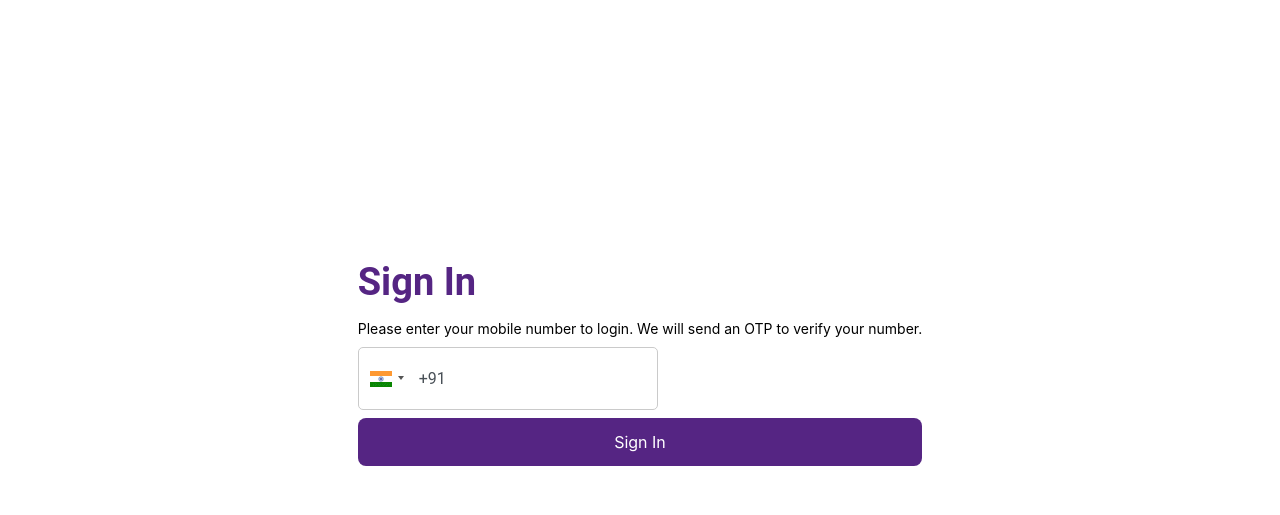
Repository: jayaprakash27/helloar-task
Page: /
An editor plug-in stored every save of this project. The page is shown before and after the next save, followed by the edit.
The browser window is 1280 px wide. The pictures show the whole page.
The project was rebuilt for these pictures with package versions that can differ from the ones it lists, and the page was loaded fresh each time.

Above is the page before, as saved 2023-10-26 23:48:54.

### src/App.js
import { Login } from "./components";

function App() {
  return (
    <>
    <Login />
    </>
  );
}

export default App;

### src/components/Login.jsx
import React, { useState } from "react";
import "./login.css";
import PhoneInput from "react-phone-input-2";
import "react-phone-input-2/lib/bootstrap.css";

function Login() {
  const [phoneNumber, setPhoneNumber] = useState("");

  const handleLogin = () => {
    const apiEndpoint = "https://dev.api.goongoonalo.com/v1/auth/login";
    const requestBody = {
      phoneNumber: "+"+phoneNumber,
    };

    fetch(apiEndpoint, {
      method: "POST",
      headers: {
        "Content-Type": "application/json",
      },
      body: JSON.stringify(requestBody),
    })
      .then((response) => {
        if (response.ok) {
          return response.json();
        } else {
          // Handle API errors here
          throw new Error("Failed to send OTP");
        }
      })
      .then((data) => {
        // Handle the API response data
        console.log("OTP sent successfully:", data);

        // You can add code here to navigate to the OTP verification page or perform the next step as needed.
      })
      .catch((error) => {
        // Handle any error that occurred during the API request
        console.error("Error sending OTP:", error);
      });
  };

  return (
    <div className="login-page">
      <div className=" login-box flex flex-col w-76 gap-2">
        <h1 className=" text-primary-color font-semibold"> Sign In</h1>
        <p className=" text-sm">
          Please enter your mobile number to login. We will send an OTP to
          verify your number.
        </p>
        <PhoneInput
          country={"in"}
          enableSearch={true}
          value={phoneNumber}
          containerClass=" w-full"
          onChange={(phoneNumber) => setPhoneNumber(phoneNumber)}
        />
        <button onClick={handleLogin} className=" w-full rounded-lg p-3 hover:bg-purple-600  bg-primary-color text-white"> Sign In </button>
      </div>
    </div>
  );
}

export default Login;

### src/components/login.css
.login-page{
    background-color: white;
    width: 100vw;
    height: 100vh;
    display: flex;
    justify-content: center;
    align-items: center;
}
.login-box h1 {
  font-family: Roboto;
  font-size: 38px;
}

### tailwind.config.js
/** @type {import('tailwindcss').Config} */
module.exports = {
  content: [
    "./src/**/*.{js,jsx,ts,tsx}",
  ],
  theme: {
    extend: {
      colors: {
        "primary-color": "#552583",
      }
    },
  },
  plugins: [],
}

Loaded but not shown: public/index.html (common file); src/index.js (common file); src/index.css (common file); src/components/index.js (common file)

After the next save:
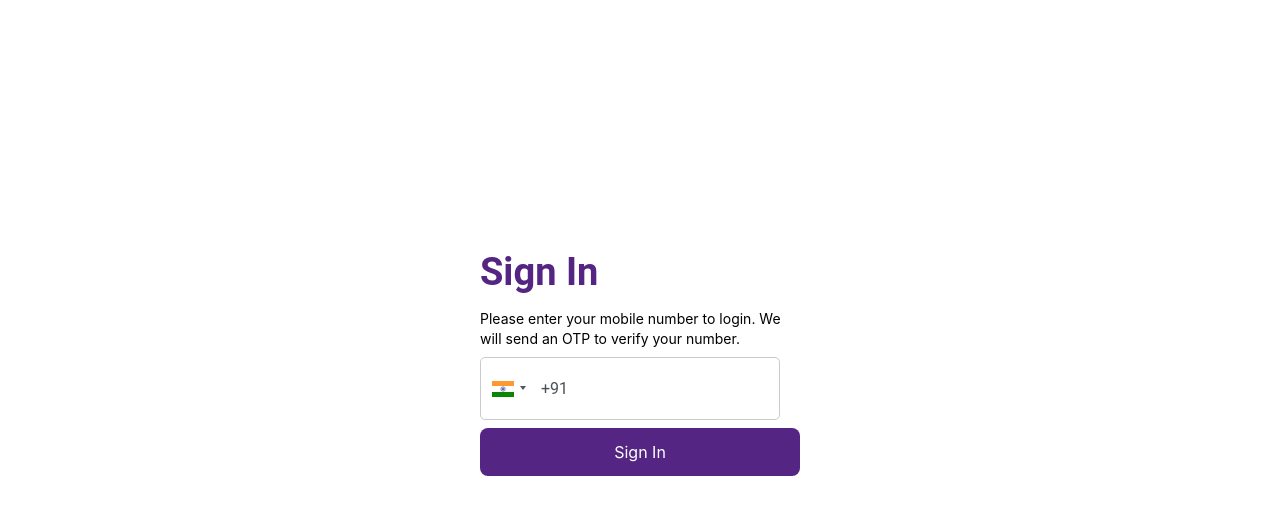
Saved 7 s later.
--- a/src/components/Login.jsx
+++ b/src/components/Login.jsx
@@ -41,7 +41,7 @@ function Login() {
 
   return (
     <div className="login-page">
-      <div className=" login-box flex flex-col w-76 gap-2">
+      <div className=" login-box flex flex-col w-80 gap-2">
         <h1 className=" text-primary-color font-semibold"> Sign In</h1>
         <p className=" text-sm">
           Please enter your mobile number to login. We will send an OTP to
